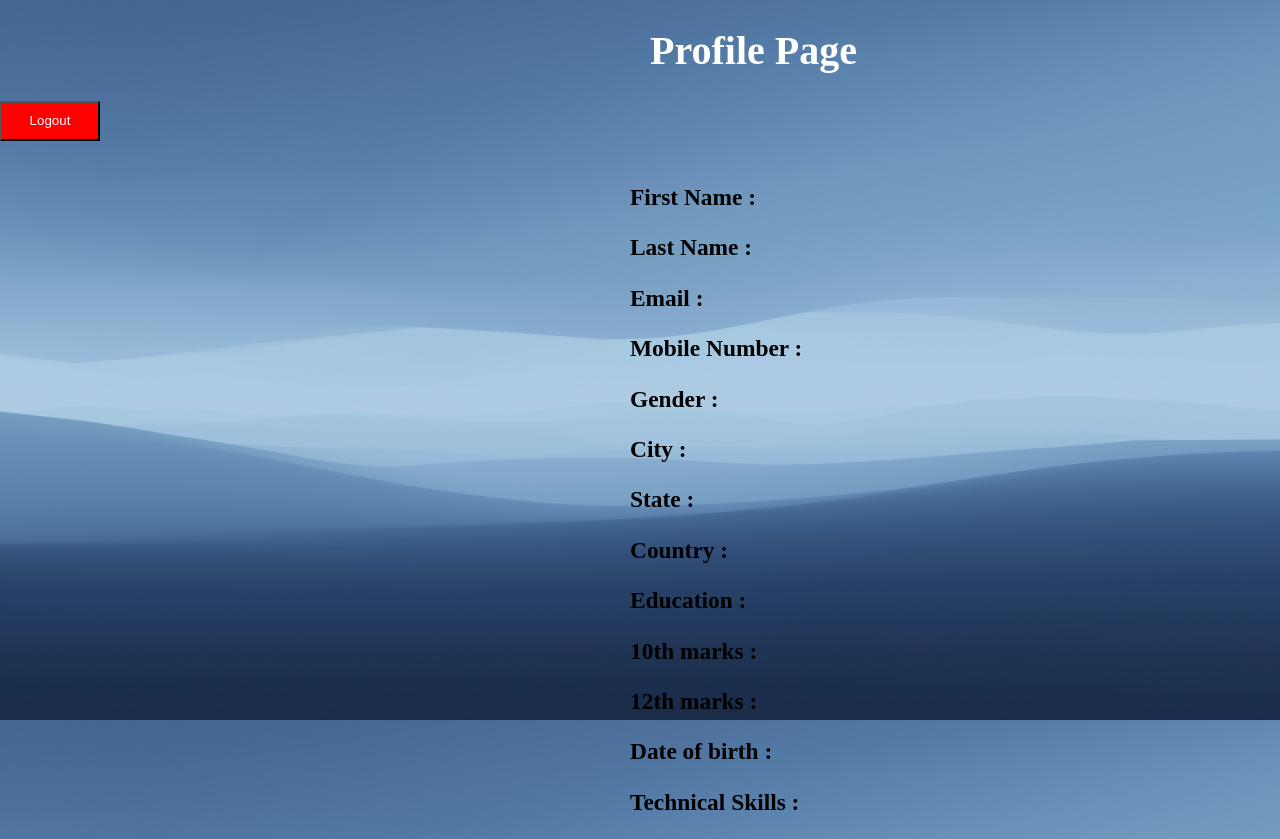
Repository: aboli-vyas/Servlet_Projects
Page: http://localhost/Sevlet_Project/Profile.jsp
The author's editor kept a copy of each file at every save. The page is drawn from the files as they stood at one save, then again after the next save.
The browser window is 1280 px wide. The pictures show the whole page.
Backgrounds fixed to the window are drawn as part of the page. The page is served by Tomcat 10. The template is opened directly, without the code that normally fills it, so the values that code supplies are empty.

Above is the page before, as saved 2025-06-10 14:15:34.

After the next save:
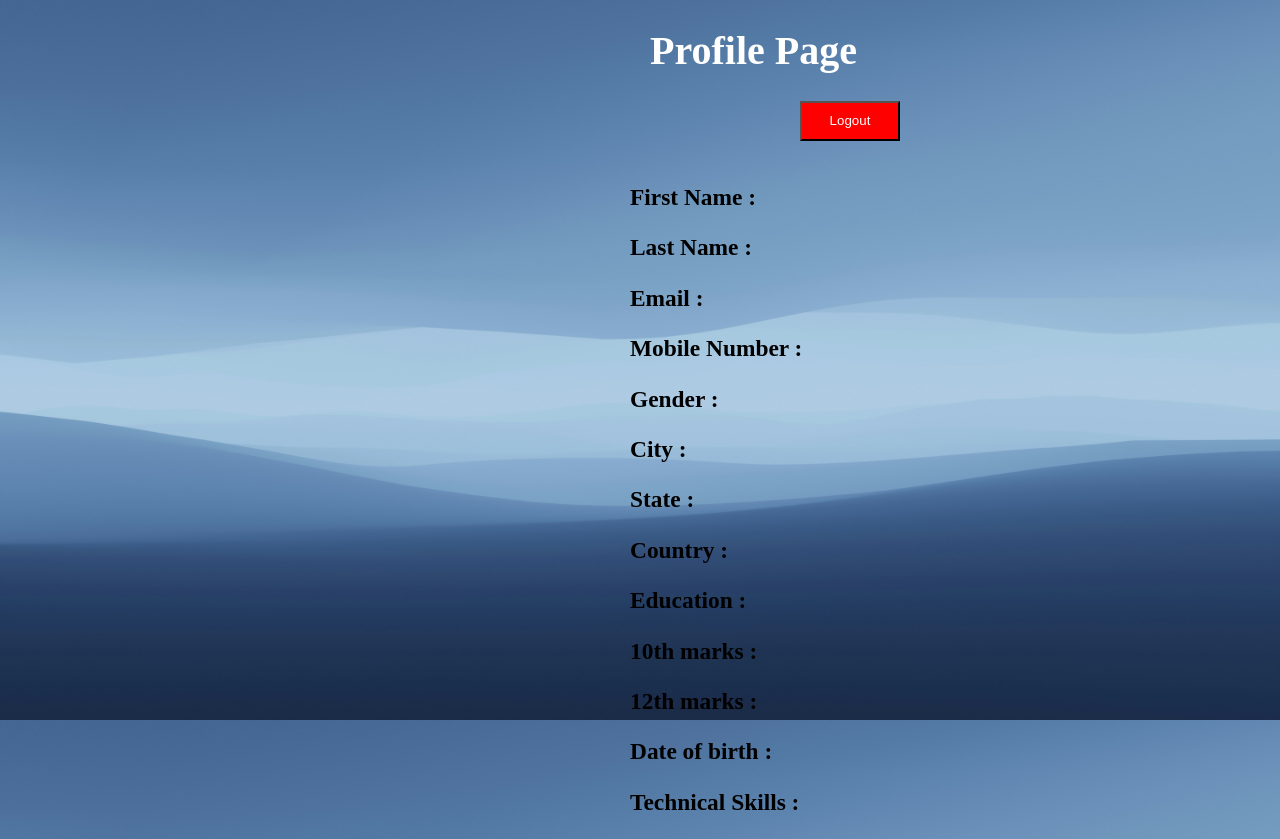
Saved 33 s later.
--- a/Sevlet_Project/src/main/webapp/style4.css
+++ b/Sevlet_Project/src/main/webapp/style4.css
@@ -9,7 +9,7 @@
 
 }
 button{
-	margin-right: 50px;
+	margin-left: 800px;
 	width:100px;
 	height:40px;
 	background-color: red;
